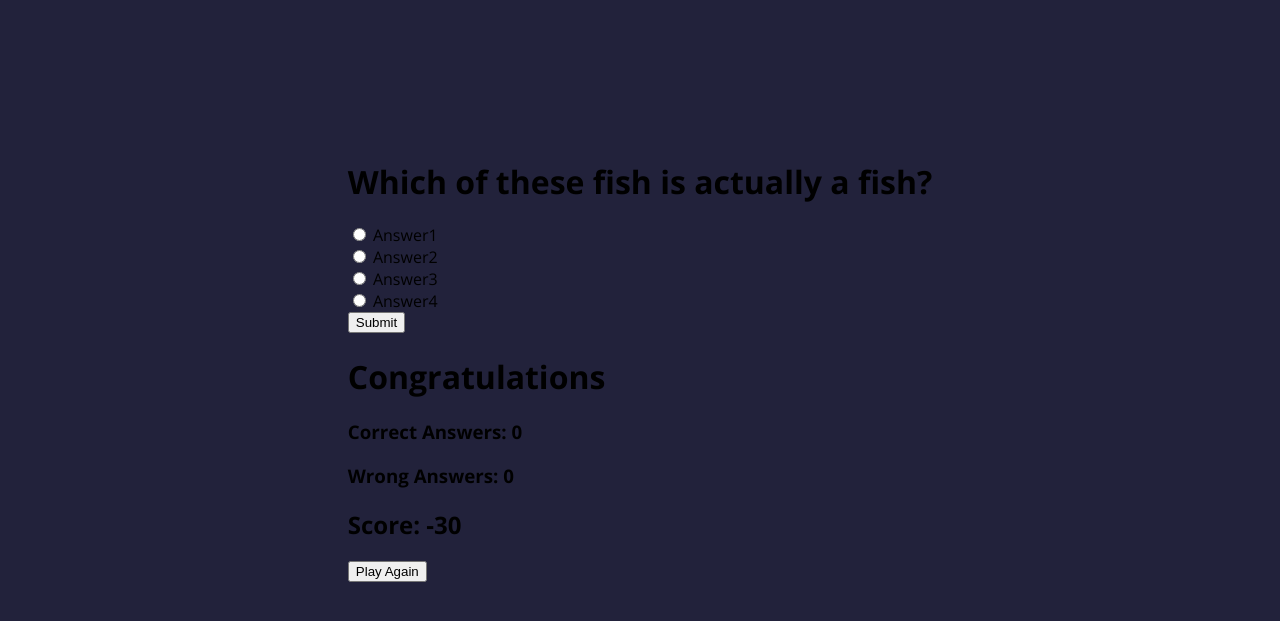
Repository: Wanglongzhi2001/Learn-javascript
Page: quiz/quiz.html
The author's editor kept a copy of each file at every save. The page is drawn from the files as they stood at one save, then again after the next save.
The browser window is 1280 px wide. The pictures show the whole page.

Above is the page before, as saved 2023-02-02 17:58:49.

After the next save:
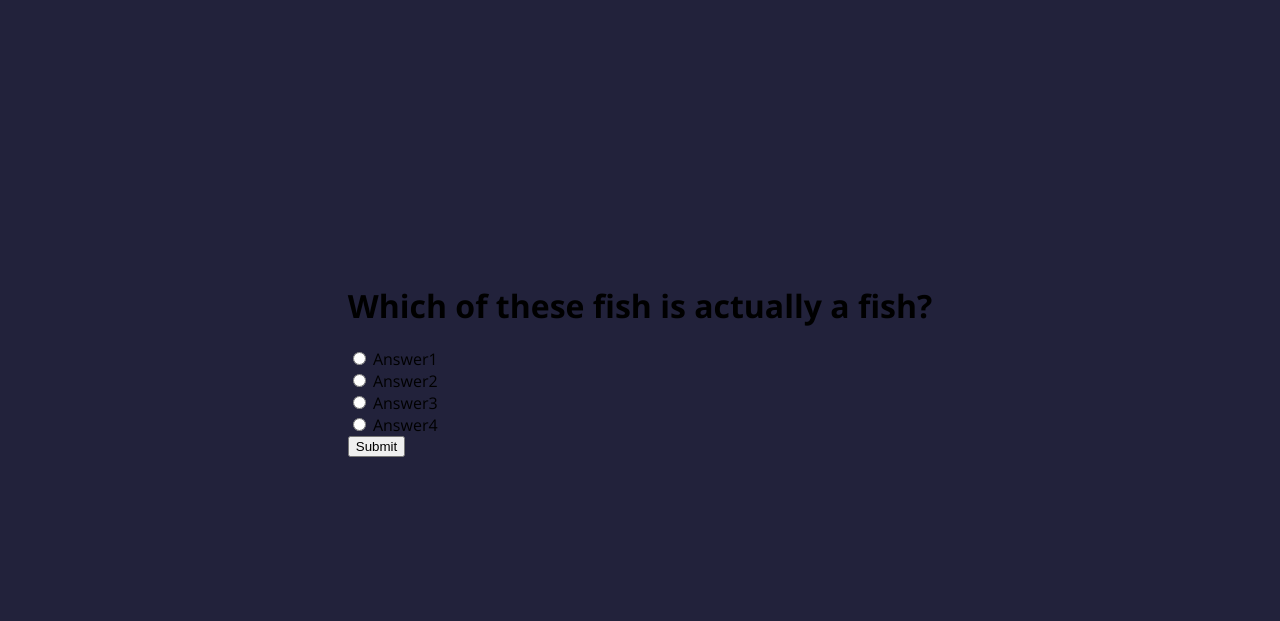
Saved 30 s later.
--- a/quiz/quiz.css
+++ b/quiz/quiz.css
@@ -5,3 +5,7 @@ body{
     justify-content: center;
     font-family: 'Open Sans', sans-serif;
 }
+
+.result{
+    display: none;
+}
